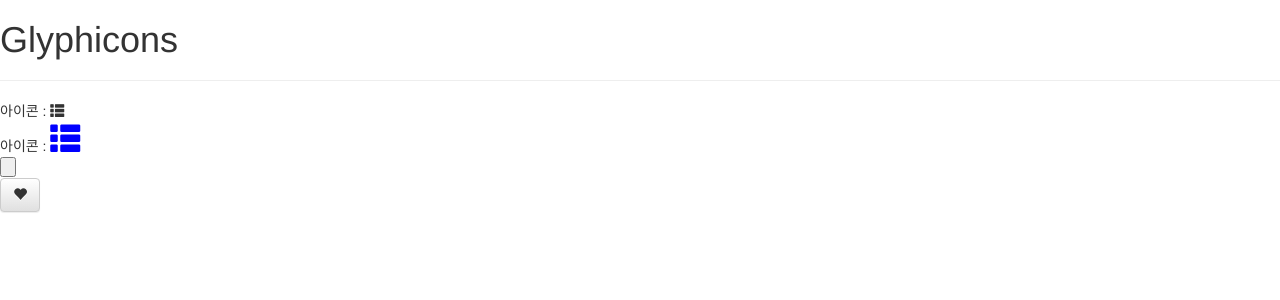
Repository: yhj4130/BootstrapStudy
Page: BootstrapWork/WebContent/BootEx08.html
The author's editor kept a copy of each file at every save. The page is drawn from the files as they stood at one save, then again after the next save.
The browser window is 1280 px wide. The pictures show the whole page.

Above is the page before, as saved 2019-06-12 05:23:50.

### BootstrapWork/WebContent/BootEx08.html
<!DOCTYPE html>
<html>
<head>
<meta charset="UTF-8">
<title>BootEx08.html</title>

<link rel="stylesheet" href="css/bootstrap.css">
<script type="text/javascript" src="js/jquery-3.4.1.min.js"></script>
<script type="text/javascript" src="js/bootstrap.min.js"></script>

<!-- 추가 -->
<link rel="stylesheet" href="css/bootstrap-theme.min.css">

</head>
<body>

<div>
	<h1>Glyphicons</h1>
	<hr>
</div>

<div>
	아이콘 : <span class="glyphicon glyphicon-th-list"></span>
</div>

<div>
	<!-- 아이콘 : <span class="glyphicon glyphicon-th-list" style="width: 200px;"></span> -->
	<!-- 아이콘 : <span class="glyphicon glyphicon-th-list" style="height: 200px;"></span> -->
</div>

<div>
	아이콘 : <span class="glyphicon glyphicon-th-list" style="font-size: 30px; color: blue;"></span>
</div>

<!-- Attribute Content Type → Simple Type → 적용 안 됨 -->
<div>
	<input type="button" class="glyphicon glyphicon-th-list">
</div>

<div>
	<button type="button" class="btn btn-default">
		<span class="glyphicon glyphicon-heart"></span>
	</button>
</div>

</body>
</html>

Loaded but not shown: BootstrapWork/WebContent/css/bootstrap.css (library); BootstrapWork/WebContent/js/jquery-3.4.1.min.js (library); BootstrapWork/WebContent/js/bootstrap.min.js (library); BootstrapWork/WebContent/css/bootstrap-theme.min.css (library)

After the next save:
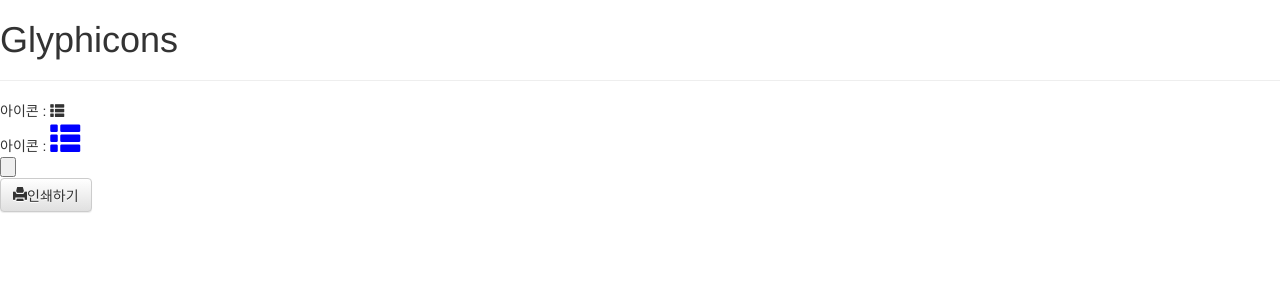
Saved 16 s later.
--- a/BootstrapWork/WebContent/BootEx08.html
+++ b/BootstrapWork/WebContent/BootEx08.html
@@ -39,7 +39,7 @@
 
 <div>
 	<button type="button" class="btn btn-default">
-		<span class="glyphicon glyphicon-heart"></span>
+		<span class="glyphicon glyphicon-print">인쇄하기</span>
 	</button>
 </div>
 
